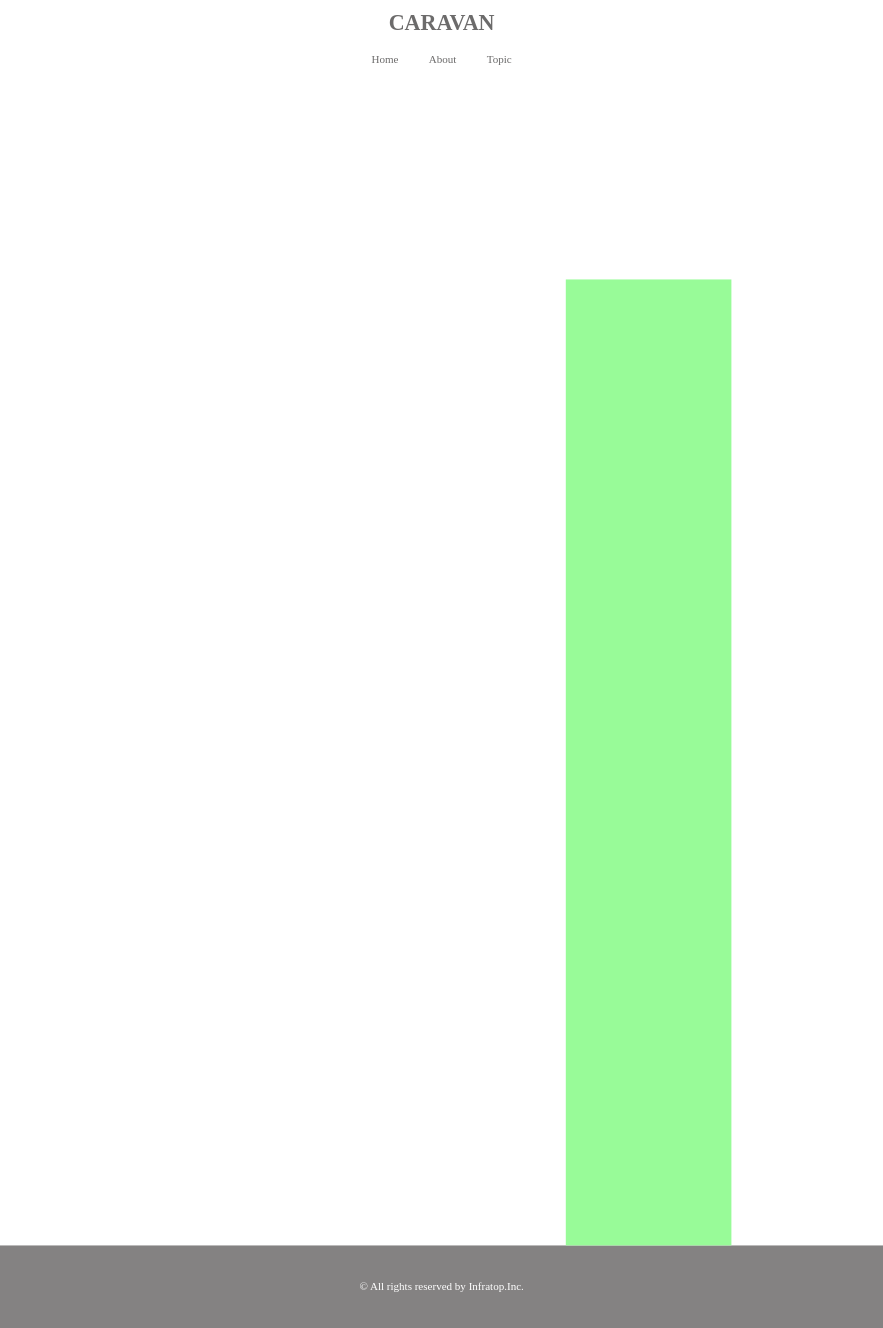
Repository: Nao002/practice
Page: caravan/index.html
The author's editor kept a record of every edit. The page is drawn from the files as they stood at one moment, then again after the next edit.
The browser window is 1280 px wide. The pictures show the whole page, at 69% of full size.

Above is the page before.

### caravan/index.html
<!DOCTYPE html>
<html lang="ja">
  <head>
    <meta charset="UTF-8" />
    <!-- CSSファイルの読み込み -->
    <link rel="stylesheet" href="style.css" />
    <title>CARAVAN</title>
  </head>

  <body>
    <!-- header -->
    <header>
      <h1 class="heading">
        <a href="index.html">
          CARAVAN
        </a>
      </h1>
    </header>

     <!-- navigation -->
    <nav>
      <ul class="nav-list">
        <li class="nav-list-item">
          <a href="index.html">Home</a>
        </li>
        <li class="nav-list-item">About</li>
        <li class="nav-list-item">Topic</li>
      </ul>
    </nav>

    <!-- main-visual用のdiv -->
    <div class="main-visual">
      <div class="main-visual-content"></div>
    </div>

    <!-- main用のdiv -->
    <div class="main">
      <div class="blog"></div>
      <div class="sidebar"></div>
    </div>

    <!-- footer -->
    <footer>
      <p class="footer-text">© All rights reserved by Infratop.Inc.</p>
    </footer>

  </body>
</html>

### caravan/style.css
/* ブラウザがそれぞれ持っているCSSをリセットするための記述 */
* {
  margin: 0;
  padding: 0;
  box-sizing: border-box;
  color: #6c6b6b;
}

a {
  text-decoration: none;
}

header {
  width: 90%;
  padding: 15px 0;
  margin: 0 auto;
  text-align: center;
}

header .heading { /* headerタグ内のheadingクラスにのみ反映される */
  font-size: 32px;
}

.nav-list {
  text-align: center;
  padding: 10px 0;
  margin: 0 auto;
}

.nav-list-item {
  list-style: none;
  display: inline-block;
  margin: 0 20px;
}

.main-visual {
  width: 100%; /* 横幅いっぱい */
  height: 300px; /* 高さ300px */
}

.main-visual-content {
  width: 350px; /* 横幅350px */
  height: 300px; /* 親の高さに揃える */
}

.main {
  width: 840px; /* 横幅いっぱい */
  display: flex; /* Flexboxの利用 */
  justify-content: center; /* 子要素の横並び・中央寄せ */
  margin: 0 auto;
}

.blog {
  width: 600px; /* 横幅600px */
  height: 1400px; /* 高さ600px */
}

.sidebar {
  width: 240px; /* 横幅240px */
  height: 1400px; /* 高さ600px */
  background-color: palegreen; /* 背景色palegreen */
}

footer {
  width: 100%;
  height: 120px;
  text-align: center;
  line-height: 120px;
  background-color: #848282;
}

.footer-text {
  color: #fff;
}

After the next edit:
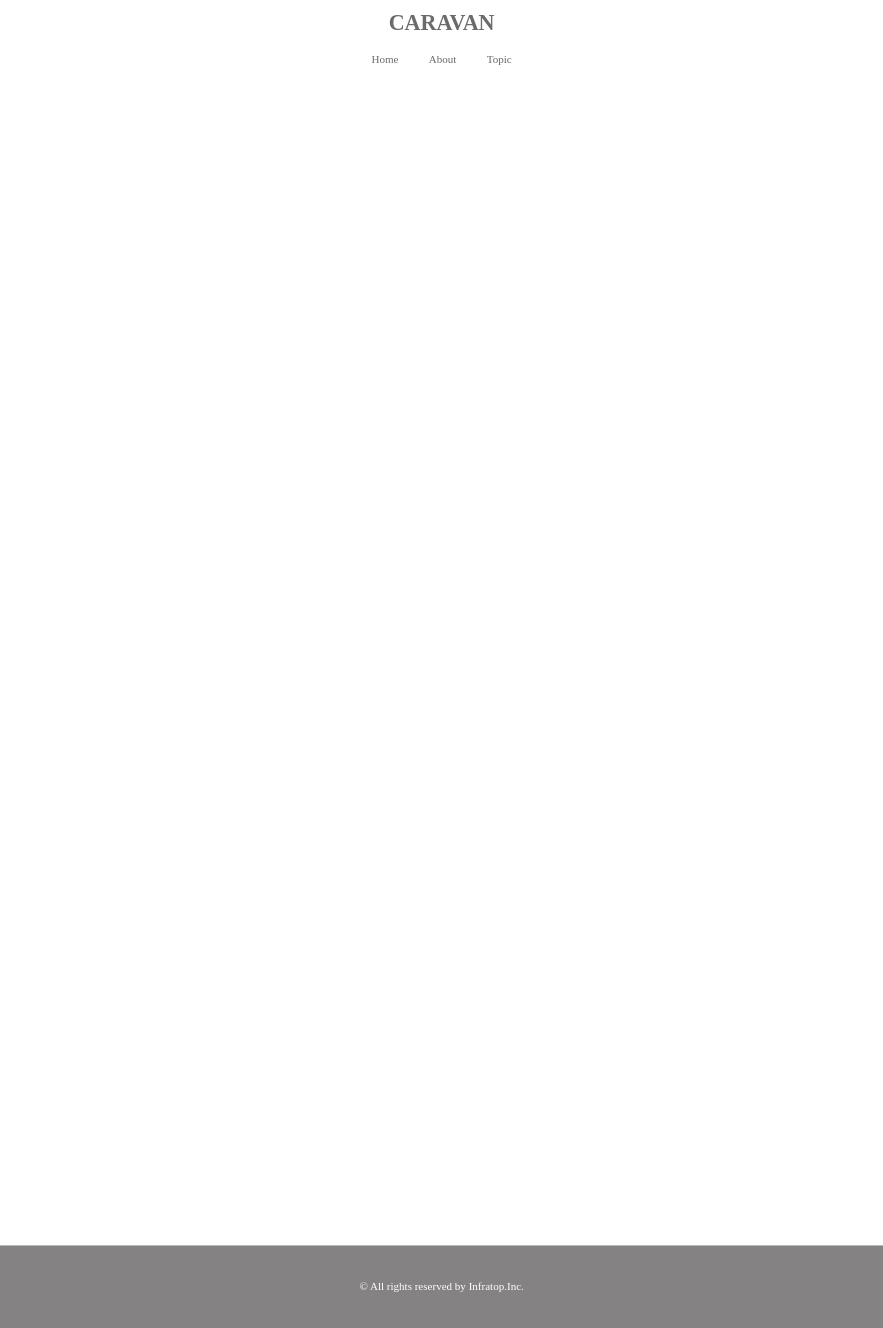
The edit:
--- a/caravan/style.css
+++ b/caravan/style.css
@@ -58,7 +58,6 @@
 .sidebar {
   width: 240px; /* 横幅240px */
   height: 1400px; /* 高さ600px */
-  background-color: palegreen; /* 背景色palegreen */
 }
 
 footer {
